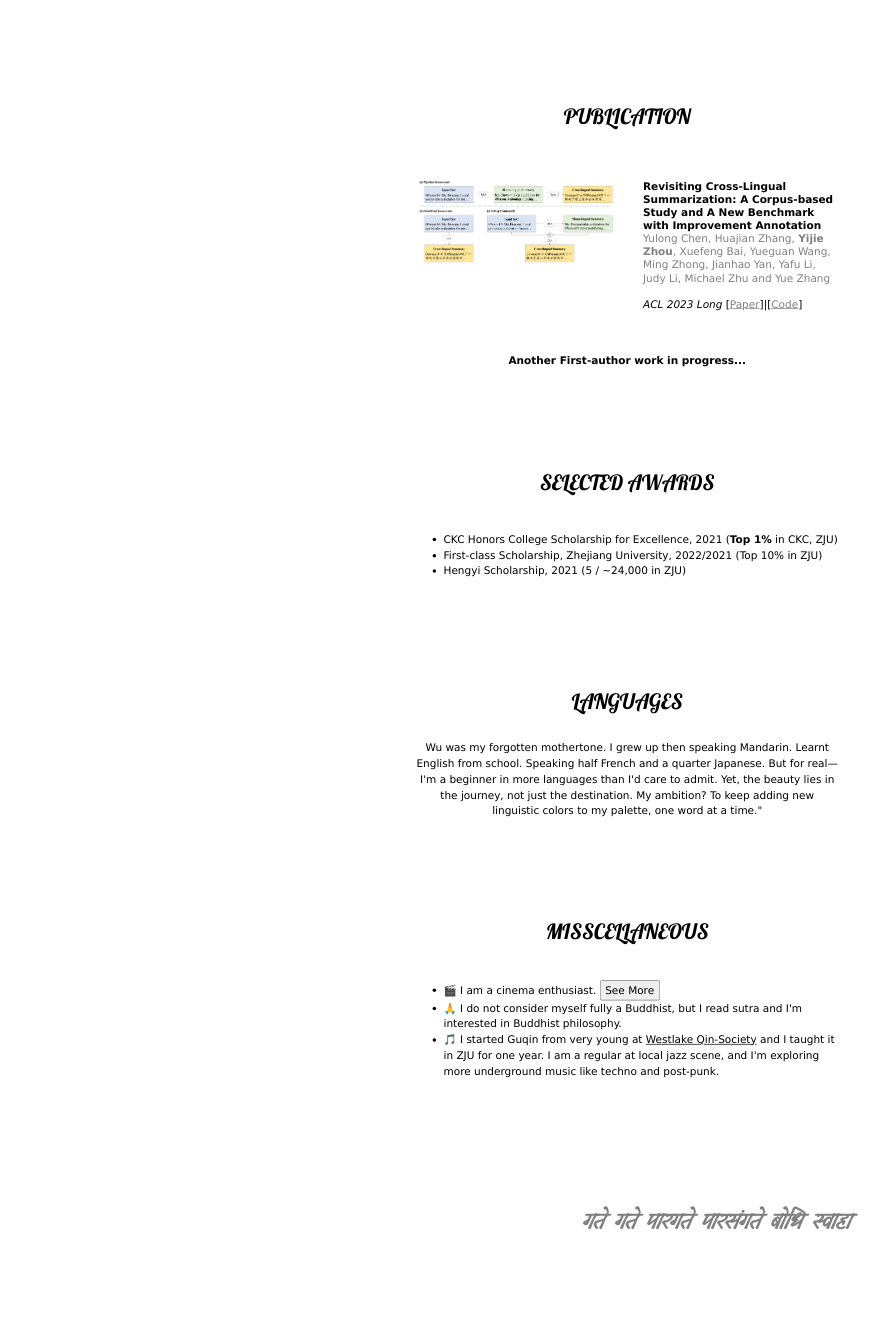
Repository: Ej-zhou/ej-zhou.github.io
Page: index.html
These files come from the project's save history. The page is drawn as it stood at one moment and after a run of saves; the edit follows.
The browser window is 1280 px wide. The pictures show the part of the page from y = 2736 to 4656 px (the page is 4656 px tall before and 4611 px after), at 70% of full size.
Some web fonts or font styles are not loaded; a fallback is used.

Above is the page before, as saved 2023-08-26 16:29:11.

After the next 6 saves:
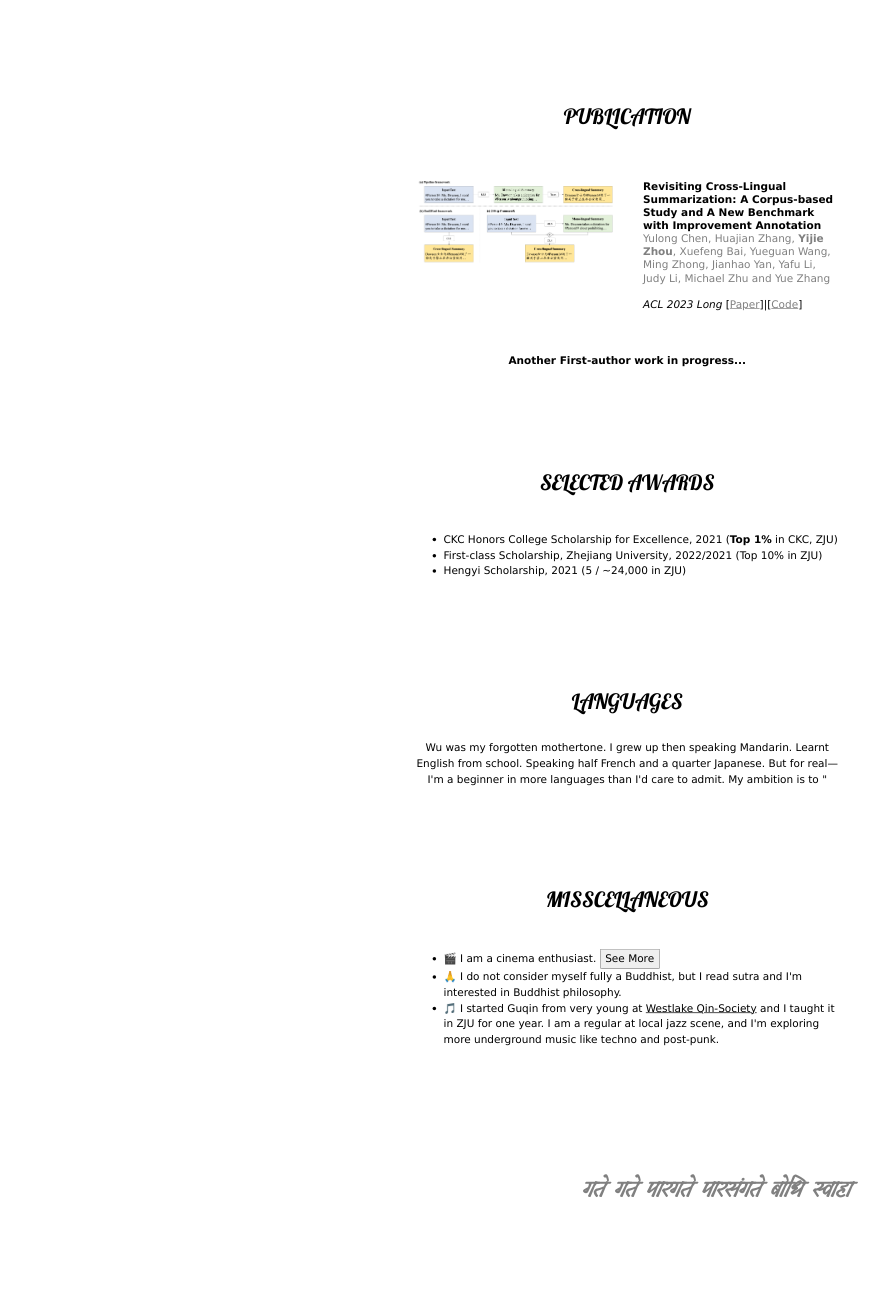
The 6 saves are shown as one change because they came seconds apart.
The last was saved 47 s later.
--- a/index.html
+++ b/index.html
@@ -485,7 +485,7 @@
 
       Wu was my forgotten mothertone. I grew up then speaking Mandarin. Learnt English from school.
       Speaking half French and a quarter Japanese.
-      But for real—I'm a beginner in more languages than I'd care to admit. Yet, the beauty lies in the journey, not just the destination. My ambition? To keep adding new linguistic colors to my palette, one word at a time."
+      But for real—I'm a beginner in more languages than I'd care to admit. My ambition is to "
       <!-- <ul style="text-align: left;">
         <li>CKC Honors College Scholarship for Excellence, 2021 (<b>Top 1%</b> in CKC, ZJU)</li>
         <li>First-class Scholarship, Zhejiang University, 2022/2021 (Top 10% in ZJU)</li>
